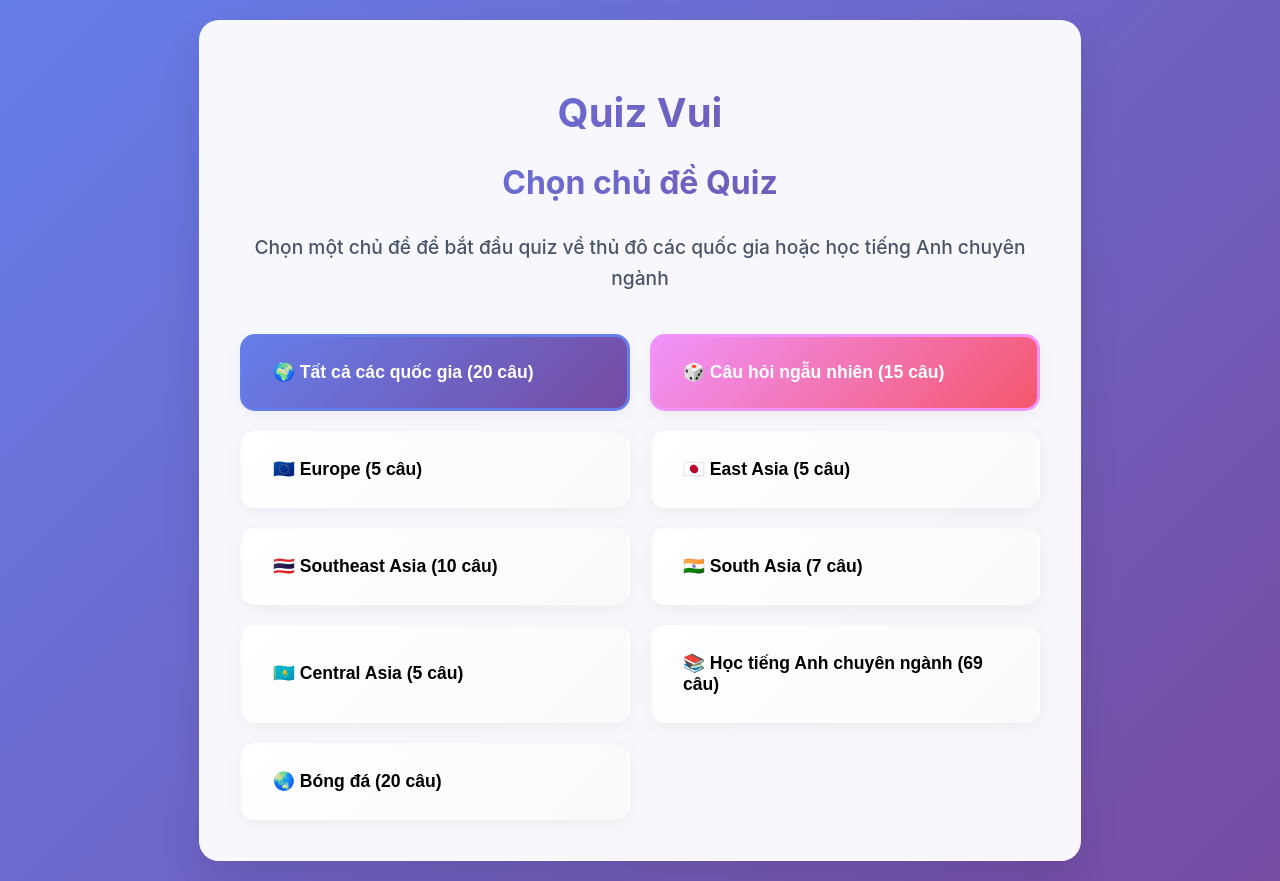
Repository: HuynhPPP/Quiz_App
Page: /
These files come from the project's save history. The page is drawn as it stood at one moment and after a run of saves; the edit follows.
The browser window is 1280 px wide. The pictures show the whole page.
The project was rebuilt for these pictures with package versions that can differ from the ones it lists, and the page was loaded fresh each time. Also part of the build but not shown: vite.config.js, src/components/Resutl.jsx, src/components/Review.jsx.

Above is the page before, as saved 2025-09-27 15:25:09.

After the next 2 saves:
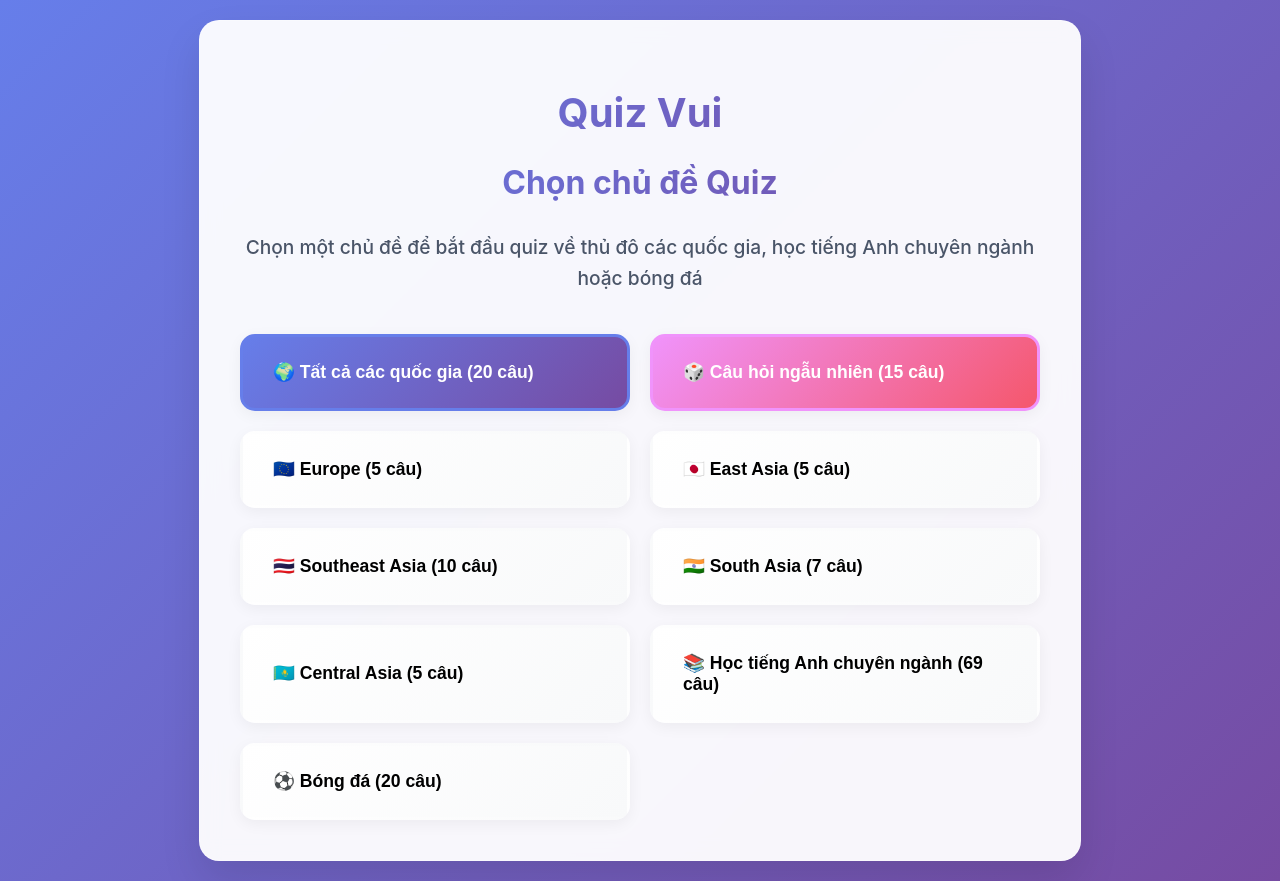
The 2 saves are shown as one change because they came seconds apart.
The last was saved 7 s later.
--- a/src/components/QuizSelector.jsx
+++ b/src/components/QuizSelector.jsx
@@ -23,7 +23,7 @@ const QuizSelector = ({ onStartQuiz }) => {
         <div>
             <h2>Chọn chủ đề Quiz</h2>
             <p className="quiz-description">
-                Chọn một chủ đề để bắt đầu quiz về thủ đô các quốc gia hoặc học tiếng Anh chuyên ngành
+                Chọn một chủ đề để bắt đầu quiz về thủ đô các quốc gia, học tiếng Anh chuyên ngành hoặc bóng đá
             </p>
 
             <div className="quiz-categories">
@@ -49,7 +49,8 @@ const QuizSelector = ({ onStartQuiz }) => {
                         'Southeast Asia': '🇹🇭',
                         'South Asia': '🇮🇳',
                         'Central Asia': '🇰🇿',
-                        'Học tiếng Anh chuyên ngành': '📚'
+                        'Học tiếng Anh chuyên ngành': '📚',
+                        'Bóng đá': '⚽'
                     };
 
                     return (
